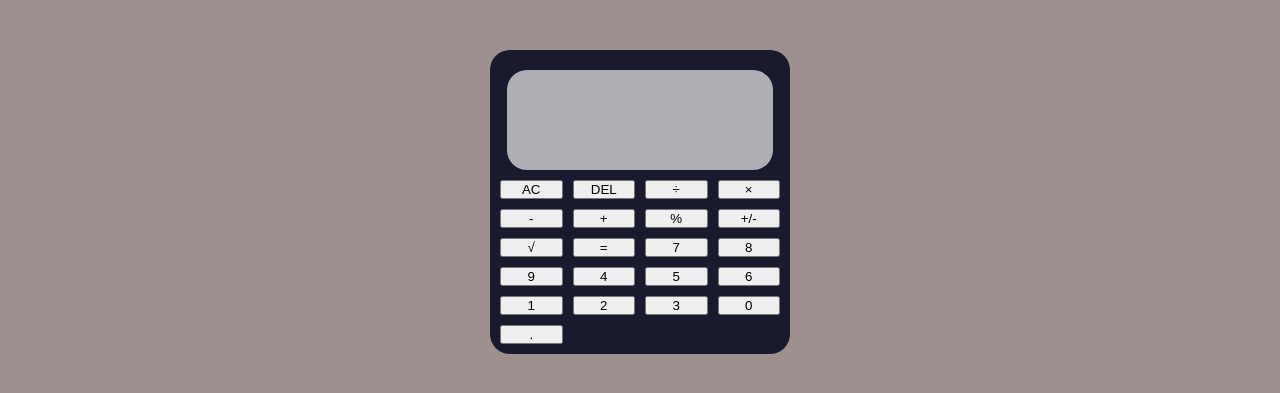
Repository: MikkyPrestige/js-calculator
Page: index.html
These files come from the project's save history. The page is drawn as it stood at one moment and after the next save; the edit follows.
The browser window is 1280 px wide. The pictures show the whole page.

Above is the page before, as saved 2023-05-08 01:11:39.

After the next save:
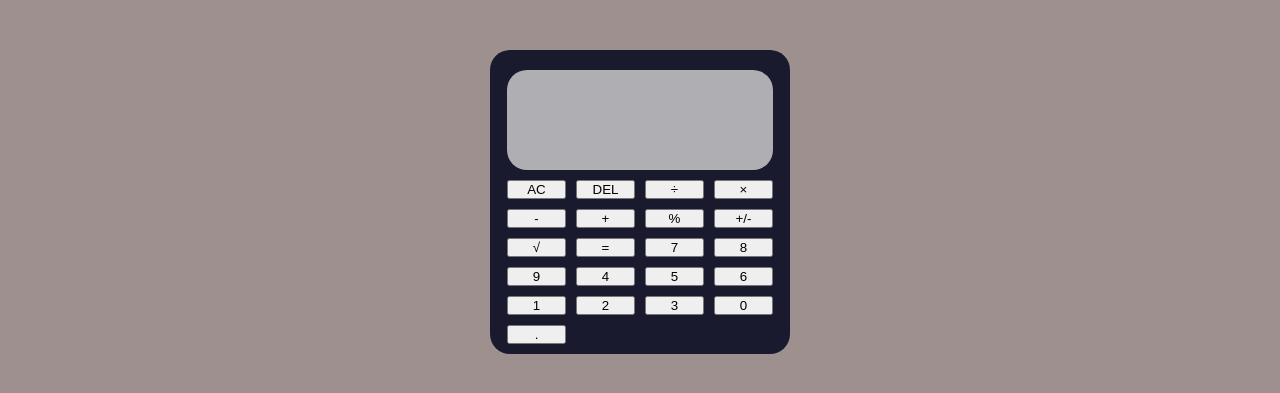
Saved 22 s later.
--- a/index.css
+++ b/index.css
@@ -78,6 +78,6 @@ main {
   display: grid;
   grid-template-columns: repeat(4, 1fr);
   grid-gap: 1rem;
-  width: 100%;
+  width: 95%;
   height: 100%;
 }
